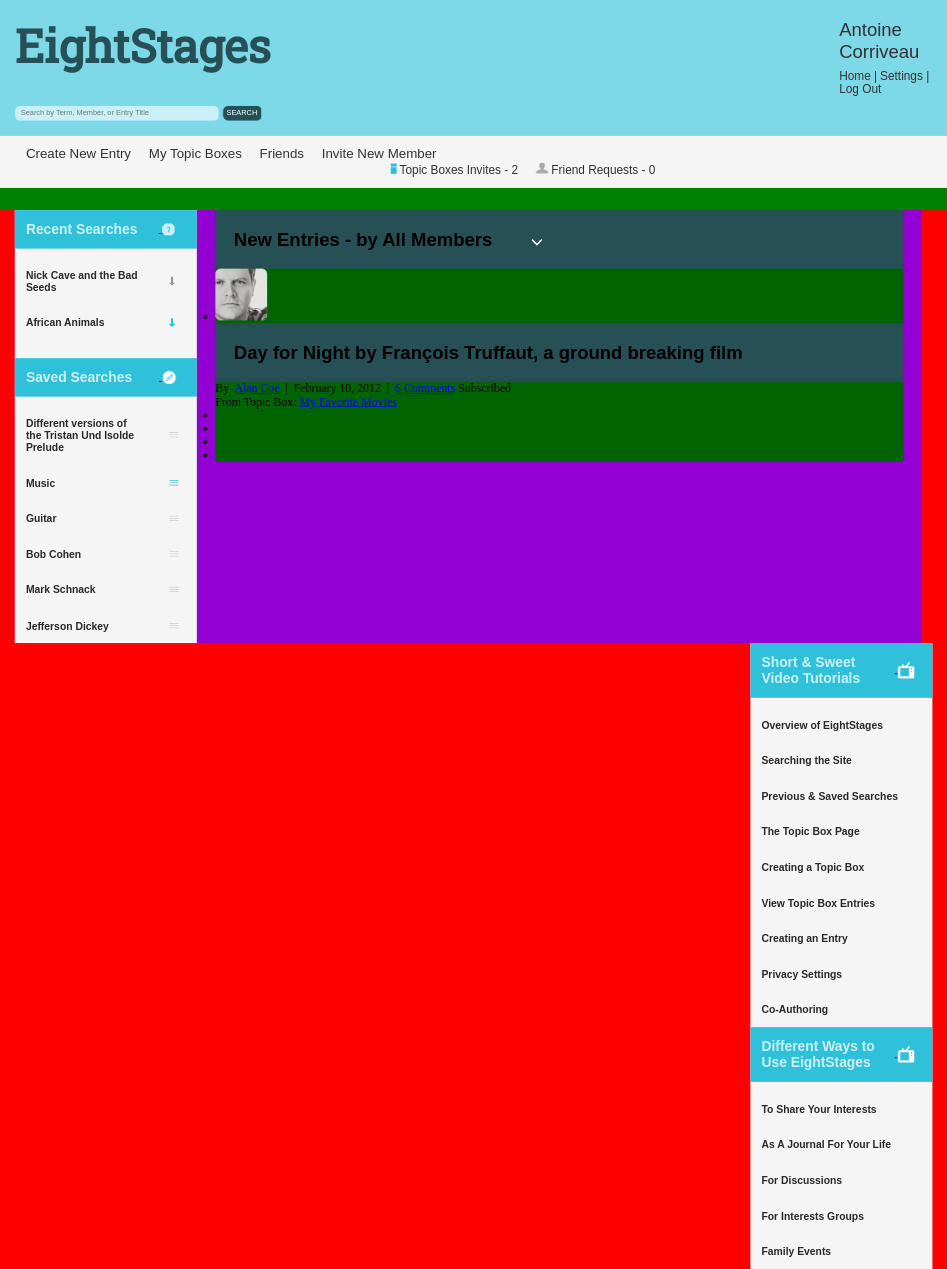
Repository: bhattaraib58/eighstages-lf-design
Page: Assignment 3/Eight Stages Website Mockup Done/index.html
The author's editor kept a copy of each file at every save. The page is drawn from the files as they stood at one save, then again after the next save.
The browser window is 1280 px wide. The pictures show the whole page, at 74% of full size.
Some web fonts or font styles are not loaded; a fallback is used.

Above is the page before, as saved 2019-06-10 02:44:02.

After the next save:
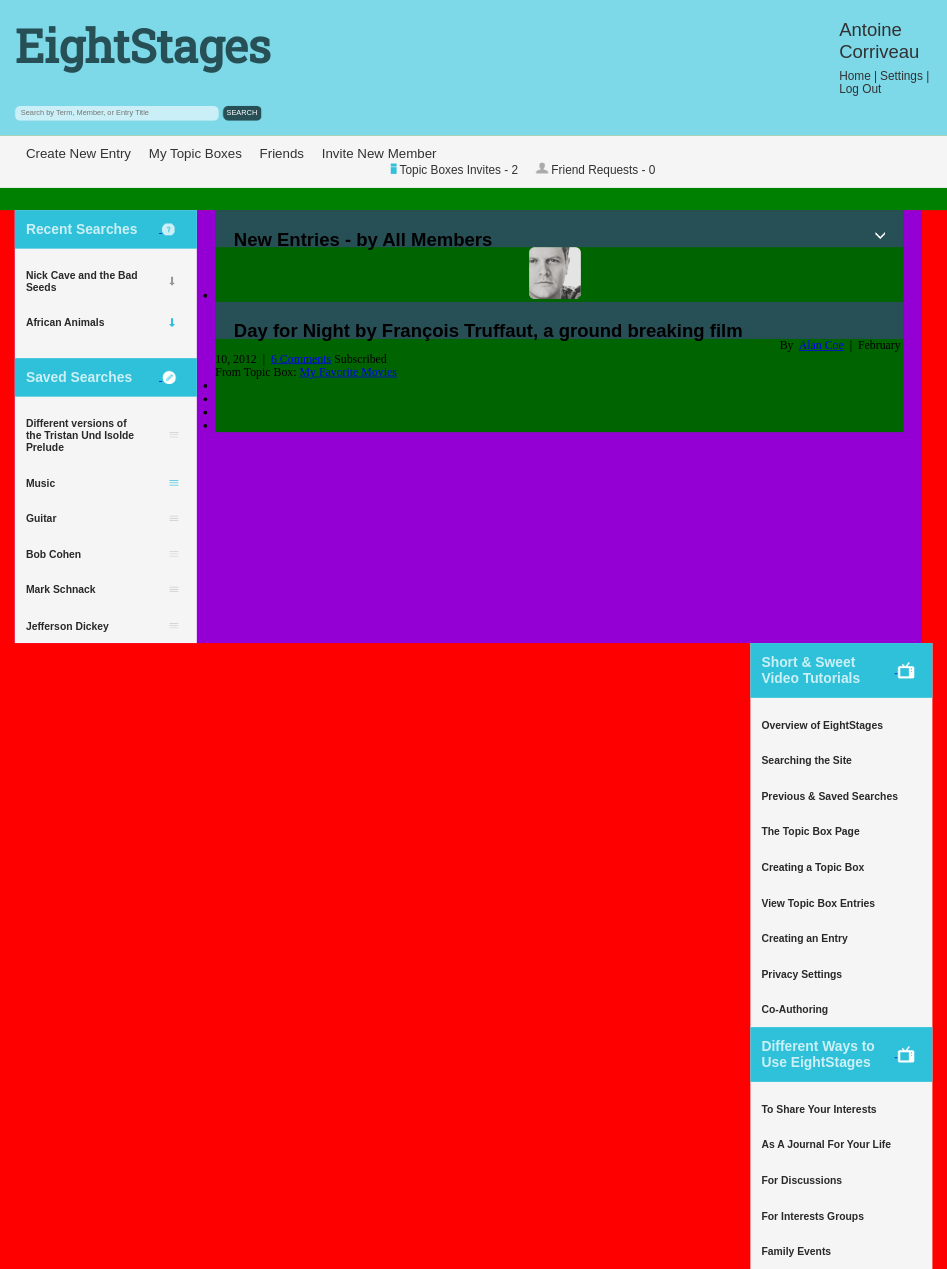
Saved 90 s later.
--- a/Assignment 3/Eight Stages Website Mockup Done/css/style.css
+++ b/Assignment 3/Eight Stages Website Mockup Done/css/style.css
@@ -253,4 +253,8 @@
     font-family: "Muli", sans-serif;
     display: inline-block;
     margin-right: 50px;
-}
+    float: left;
+}
+.entries-title a {
+    float: right;
+}
